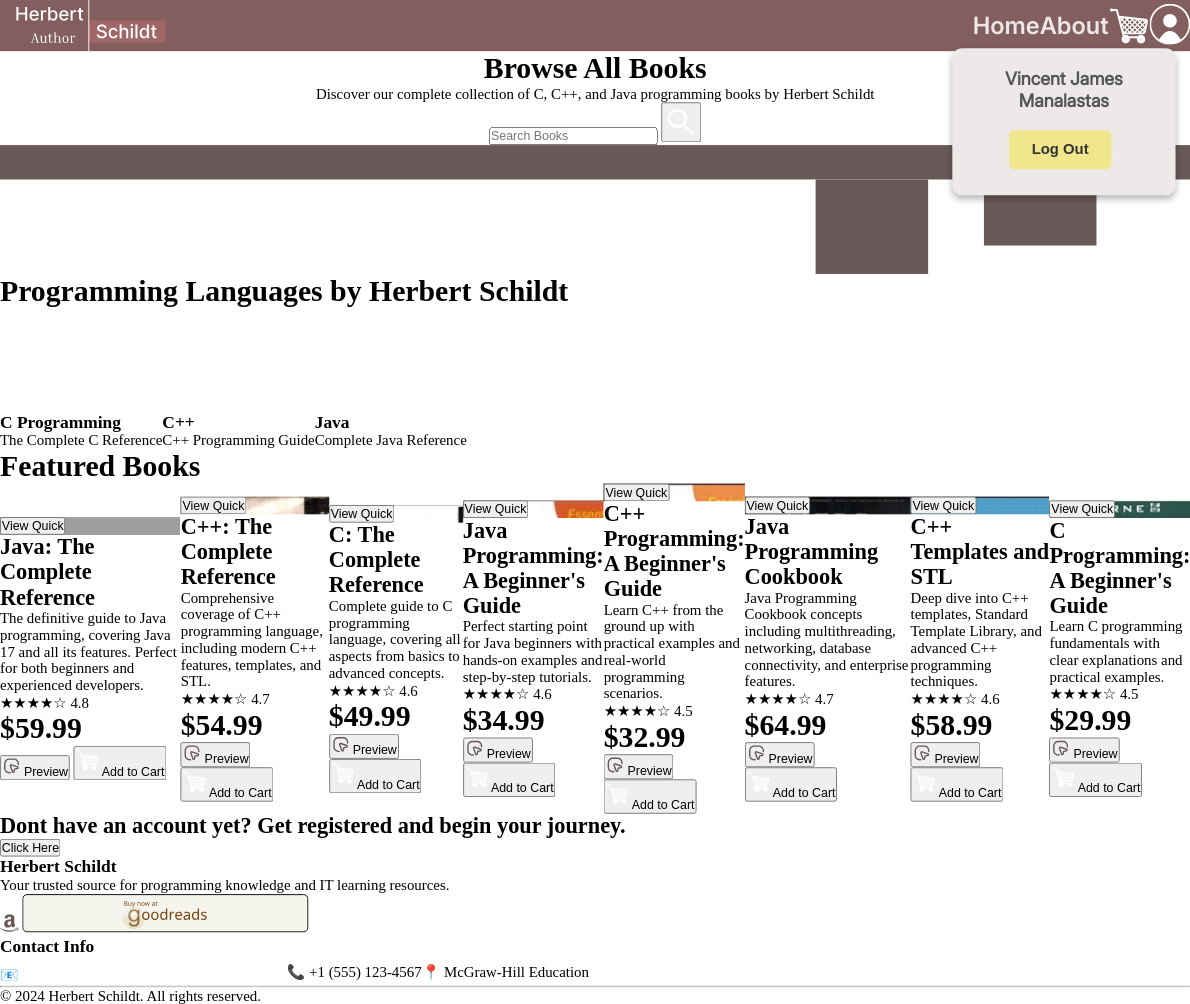
Repository: Darkrepo23/Author-Website-
Page: browse-book.html
These files come from the project's save history. The page is drawn as it stood at one moment and after the next save; the edit follows.
The browser window is 1280 px wide. The pictures show the whole page, at 93% of full size.
Pictures or frames that could not be fetched are drawn as grey boxes.

Above is the page before, as saved 2025-09-02 15:22:56.

After the next save:
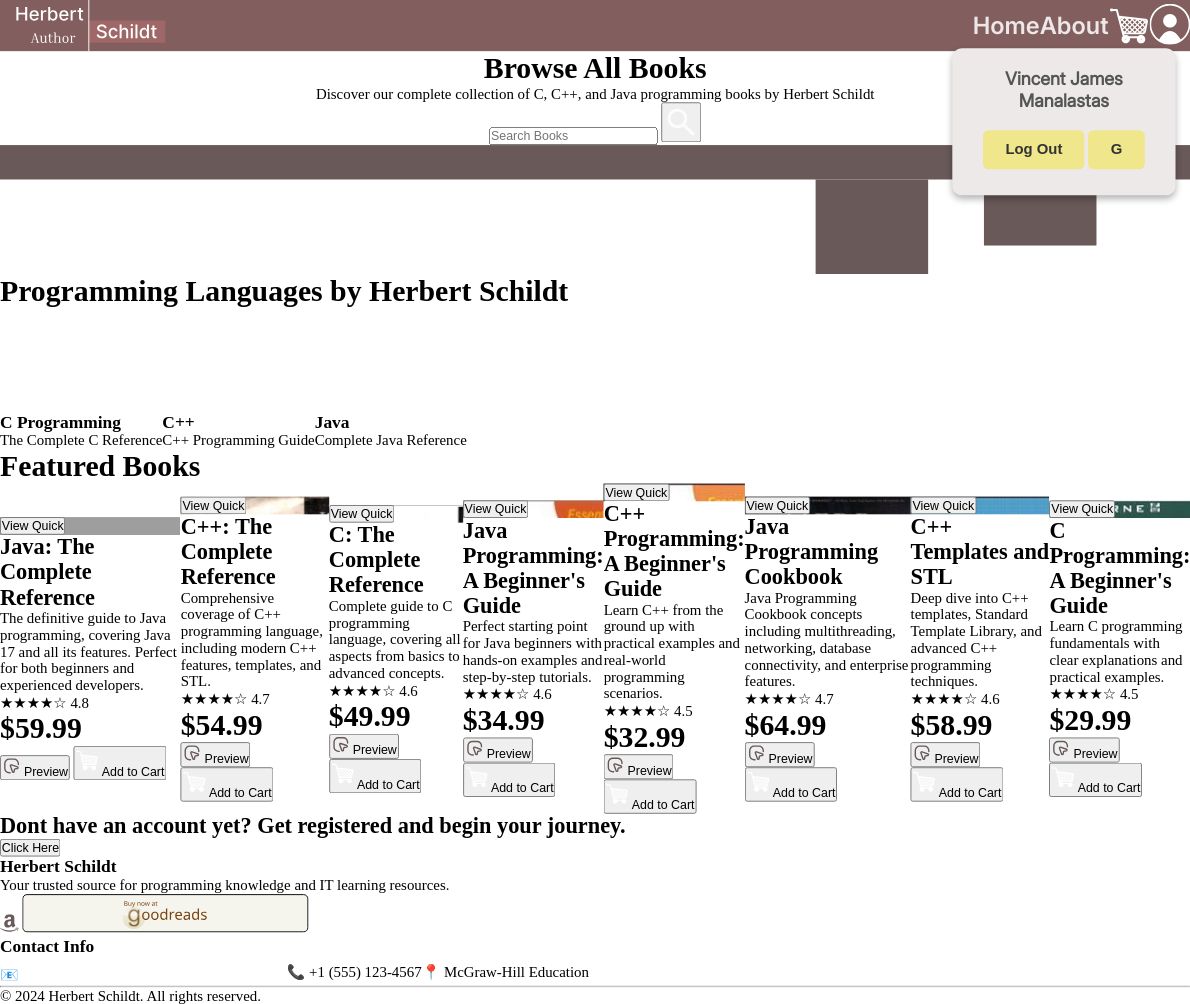
Saved 8 s later.
--- a/browse-book.html
+++ b/browse-book.html
@@ -27,7 +27,7 @@
                 <div class="login-container">
                     <div class="login-username">Vincent James Manalastas</div>
                     <button class="login-button">Log Out</button>
-                    <button class=""></button>
+                    <button class="login-button">G</button>
                 </div>
             </div>
         </div>
